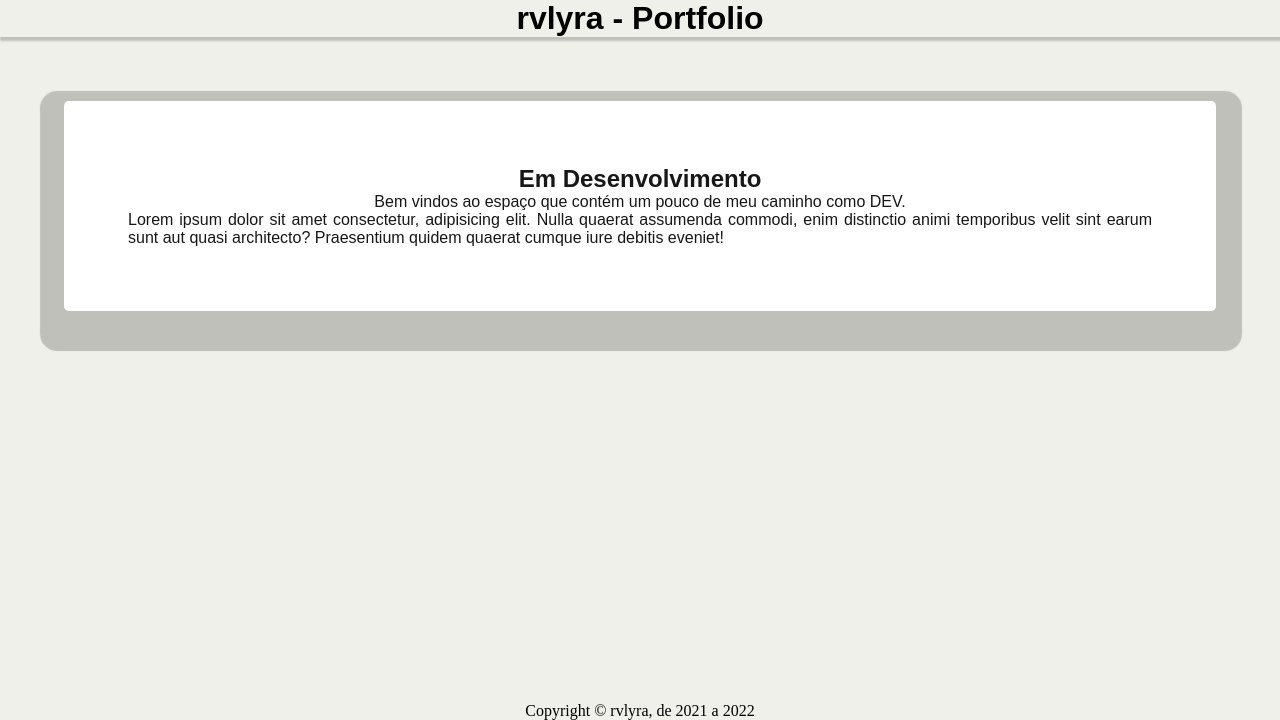
Repository: rvlyra/splash-screen-rvlyra
Page: Portfolio-RVLYRA/public/index.html
These files come from the project's save history. The page is drawn as it stood at one moment and after the next save; the edit follows.
The browser window is 1280 px wide. The pictures show the whole page.
Some web fonts or font styles are not loaded; a fallback is used.

Above is the page before, as saved 2022-07-06 09:40:52.

After the next save:
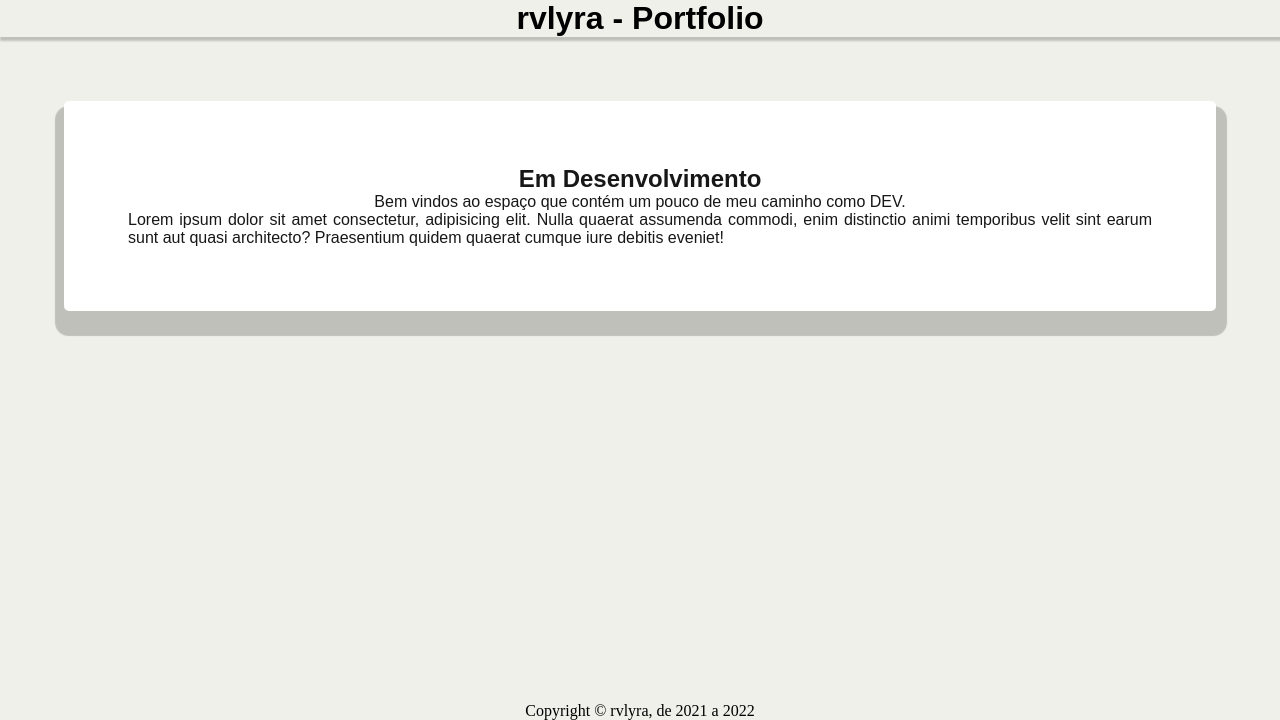
Saved 6 s later.
--- a/Portfolio-RVLYRA/assets/src/css/rl.main.css
+++ b/Portfolio-RVLYRA/assets/src/css/rl.main.css
@@ -31,7 +31,7 @@ main {
     margin: 5%;
     padding: 5%;
     border-radius: 5px;
-    box-shadow: 1px 15px 1px 25px rgba(0, 0, 0, 0.2);
+    box-shadow: 1px 15px 1px 10px rgba(0, 0, 0, 0.2);
 
     background-color:rgb(255, 255, 255);
 
